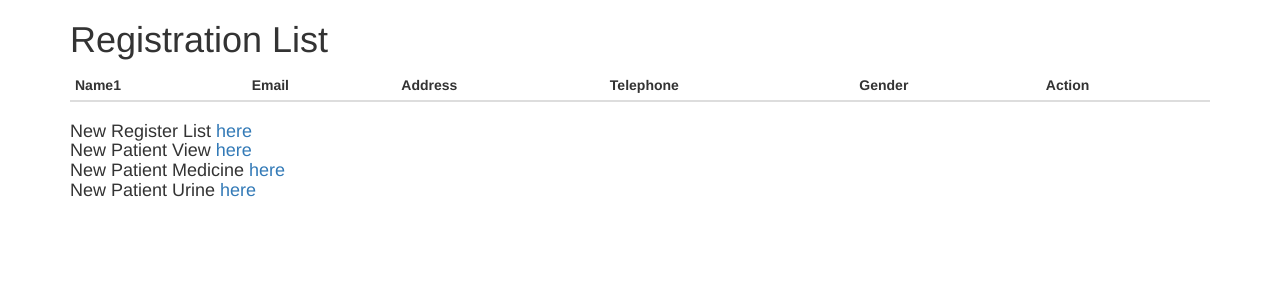
Repository: SACHINnANYAKKARA/2nd_Year_final_Project
Page: http://localhost/SpringMVCHibernateCRUD/WEB-INF/pages/home.jsp
An editor plug-in stored every save of this project. The page is shown before and after the next save, followed by the edit.
The browser window is 1280 px wide. The pictures show the whole page.
The page is served by Tomcat 9. Nobody is signed in. The template is opened directly, without the code that normally fills it, so the values that code supplies are empty.

Above is the page before, as saved 2018-03-29 12:24:36.

After the next save:
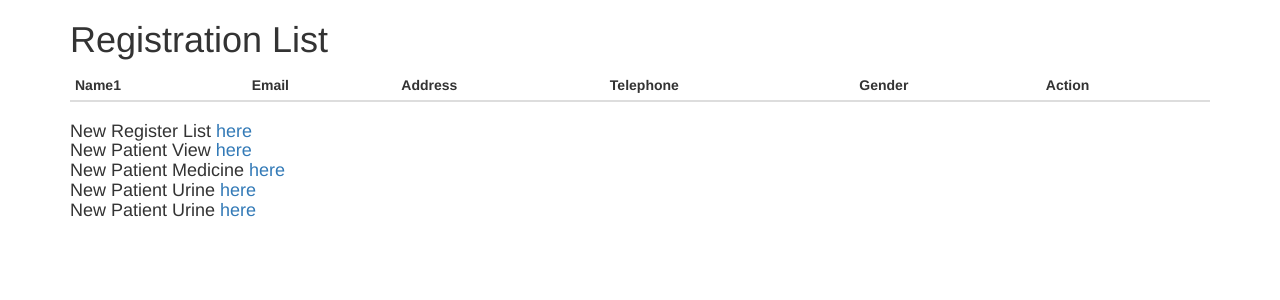
Saved 21 s later.
--- a/SpringMVCHibernateCRUD/src/main/webapp/WEB-INF/pages/home.jsp
+++ b/SpringMVCHibernateCRUD/src/main/webapp/WEB-INF/pages/home.jsp
@@ -54,6 +54,8 @@
 		    New Patient Medicine <a href="PatientsMedicines">here</a>
 		   <br>
 		   New Patient Urine <a href="Urines">here</a>
+		   <br>
+		    New Patient Urine <a href="UrineView">here</a>
 
 
 
